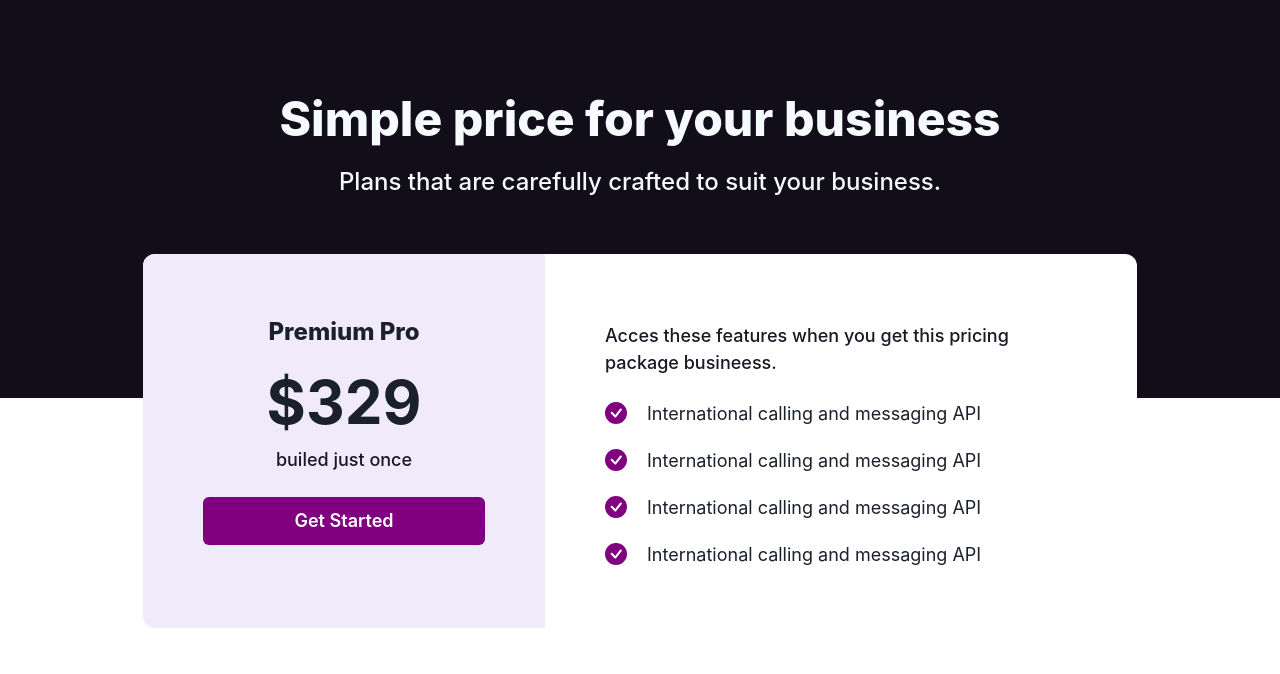
Repository: noutijo/learn-in-depth-chakra-ui
Page: /
These files come from the project's save history. The page is drawn as it stood at one moment and after a run of saves; the edit follows.
The browser window is 1280 px wide. The pictures show the whole page.
The project was rebuilt for these pictures with package versions that can differ from the ones it lists, and the page was loaded fresh each time. Also part of the build but not shown: vite.config.ts.

Above is the page before, as saved 2023-01-30 16:18:49.

### src/main.tsx
import React from 'react'
import ReactDOM from 'react-dom/client'
import App from './App'
import { ChakraProvider } from "@chakra-ui/react"

ReactDOM.createRoot(document.getElementById('root') as HTMLElement).render(
  <ChakraProvider>
  <React.StrictMode>
    <App />
  </React.StrictMode>
  </ChakraProvider>,
)

### src/App.tsx
//import './App.css'
import "./App.css";
import { Box, Flex, Stack, VStack, HStack } from "@chakra-ui/react";
import { Header  } from "./components/Header";
import { Pricing } from "./components/Pricing";

export default function App() {
  return (
    <div className="App">
      <Box>
        <Header />
        <Pricing />
      </Box>
    </div>
  );
}

### src/App.css
#root {
  max-width: 1280px;
  margin: 0 auto;
  text-align: center;
}

.logo {
  height: 6em;
  padding: 1.5em;
  will-change: filter;
}
.logo:hover {
  filter: drop-shadow(0 0 2em #646cffaa);
}
.logo.react:hover {
  filter: drop-shadow(0 0 2em #61dafbaa);
}

@keyframes logo-spin {
  from {
    transform: rotate(0deg);
  }
  to {
    transform: rotate(360deg);
  }
}

@media (prefers-reduced-motion: no-preference) {
  a:nth-of-type(2) .logo {
    animation: logo-spin infinite 20s linear;
  }
}

.card {
  padding: 2em;
}

.read-the-docs {
  color: #888;
}

### src/components/Header.tsx
//import './App.css'
import { Box, Heading, Text, Flex } from "@chakra-ui/react";

export function Header() {
  return (
    <Box as="section" pb="112px">
    <Box
      color="#F7FAFC"
      bg="#120E19"
      pt="90px"
      pb="198px"
      px="32px">
      <Heading fontWeight={800} fontSize={"48px"}>
        Simple price for your business
      </Heading>
      <Text fontWeight={500} fontSize={"24px"} mt="16px">
        Plans that are carefully crafted to suit your business.
      </Text>
    </Box>
    </Box>
  );
}

### src/components/Pricing.tsx
//import './App.css'
import { Box, Heading, Text, Flex, Button, HStack,Stack, Icon } from "@chakra-ui/react"
import { BsCheckCircleFill } from "react-icons/bs"

export const ListItem = (props:any)=>{
    const {children, ...rest } = props
    return (
      <HStack as="li" spacing="20px" {...rest}>
        <Icon as={BsCheckCircleFill}  w="22px" h="22px" color="purple"/>
        <Text>{children}</Text>
      </HStack>
    );
}

export function Pricing() {
  return (
    <Box maxW="994px" m="auto" mt="-256" borderRadius="12px" overflow="hidden" box>
      <Flex bg="white">
        <Box bg="#f0eafb" p="60px">
          <Text fontSize="24px" fontWeight="800">
            Premium Pro
          </Text>
          <Heading as="h3" fontSize="60px" mt="16px">
            $329
          </Heading>
          <Text fontSize="18px" fontWeight="500" color="#171923" mt="8px">
            builed just once
          </Text>
          <Button
            bg="purple"
            color="white"
            size={"lg"}
            w="282px"
            mt="24px"
            _hover={{ backgrounColor: "purple", color: "#F7FAFC" }}>
            Get Started
          </Button>
        </Box>

        <Box p="60px" fontSize="18px">
          <Text
            textAlign={"left"}
            fontSize="18px"
            fontWeight="500"
            color="#171923"
            mt="8px">
            Acces these features when you get this pricing package busineess.
          </Text>
          <Stack as="ul" spacing="20px" pt="24px">
            <ListItem>International calling and messaging API</ListItem>
            <ListItem>International calling and messaging API</ListItem>
            <ListItem>International calling and messaging API</ListItem>
            <ListItem>International calling and messaging API</ListItem>
          </Stack>
        </Box>
      </Flex>
    </Box>
  );
}

Loaded but not shown: index.html (common file)

After the next 3 saves:
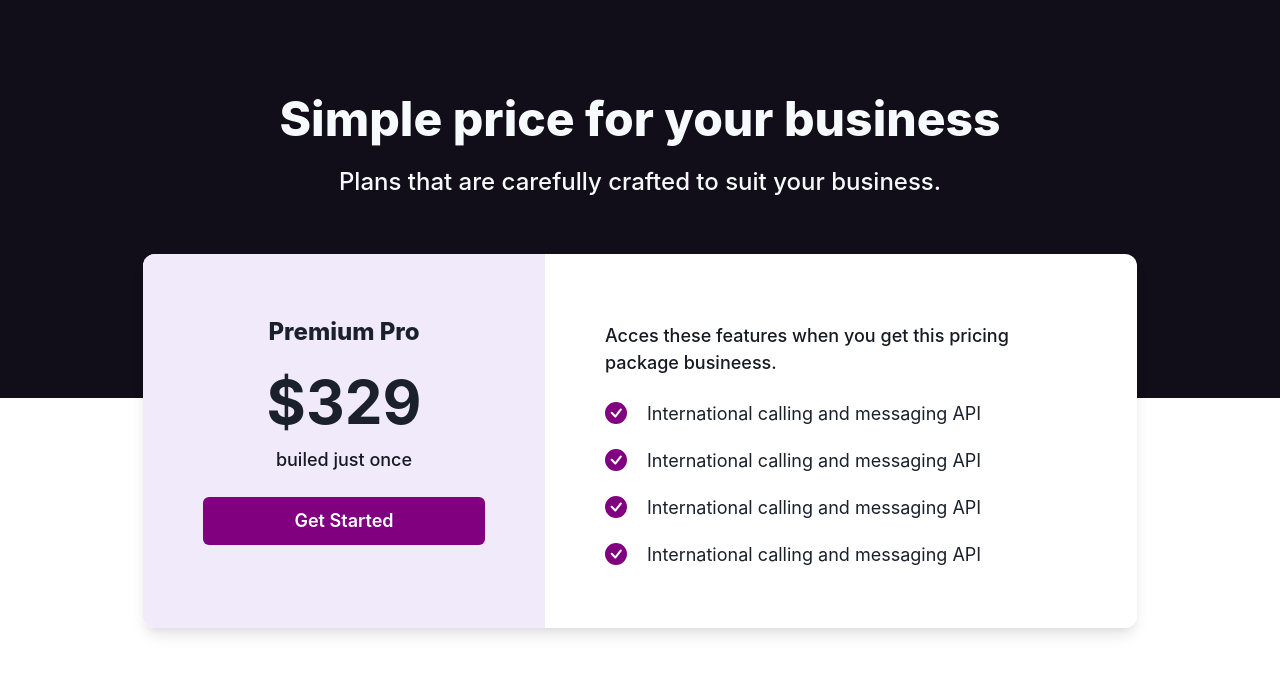
The 3 saves are shown as one change because they came seconds apart.
The last was saved 11 s later.
--- a/src/components/Pricing.tsx
+++ b/src/components/Pricing.tsx
@@ -14,7 +14,7 @@ export const ListItem = (props:any)=>{
 
 export function Pricing() {
   return (
-    <Box maxW="994px" m="auto" mt="-256" borderRadius="12px" overflow="hidden" box>
+    <Box maxW="994px" m="auto" mt="-256" borderRadius="12px" overflow="hidden" boxShadow="lg">
       <Flex bg="white">
         <Box bg="#f0eafb" p="60px">
           <Text fontSize="24px" fontWeight="800">
